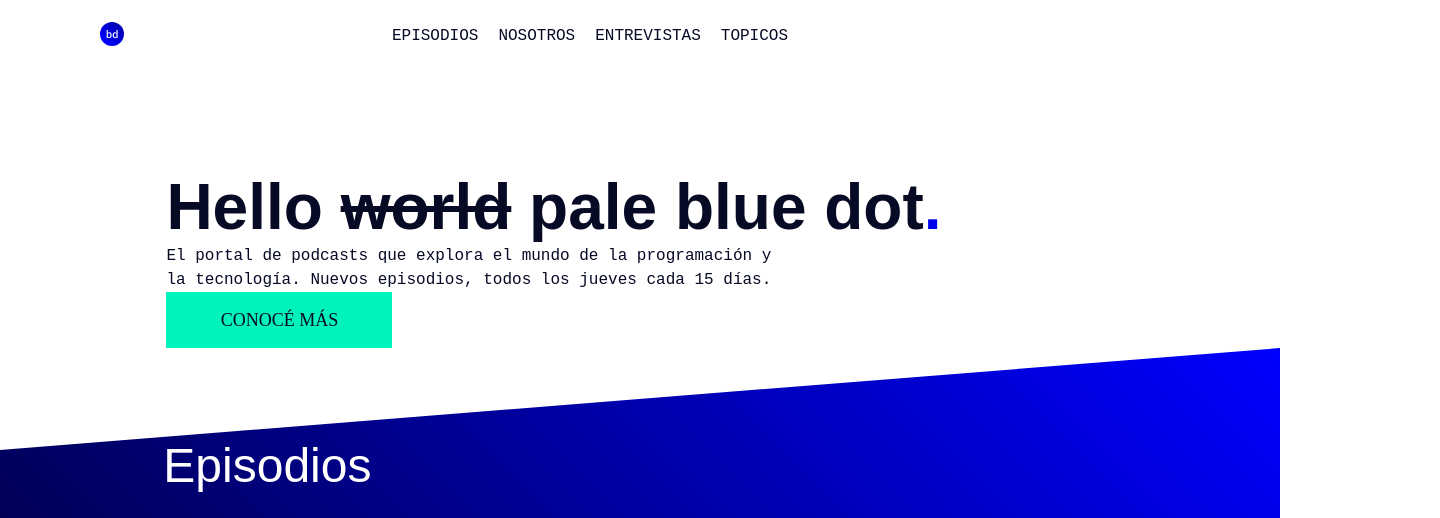
Repository: FedeGA93/podcast
Page: index.html
The author's editor kept a copy of each file at every save. The page is drawn from the files as they stood at one save, then again after the next save.
The browser window is 1280 px wide. The page is 1440 px wide, so the pictures cover 1440 px, including what lies to the right of the window. The pictures show the part of the page from y = 0 to 518 px (the page is 3205 px tall).
Pictures or frames that could not be fetched are drawn as grey boxes. Some web fonts or font styles are not loaded; a fallback is used. Some web libraries are served in a nearby version.

Above is the page before, as saved 2019-11-26 17:29:51.

After the next save:
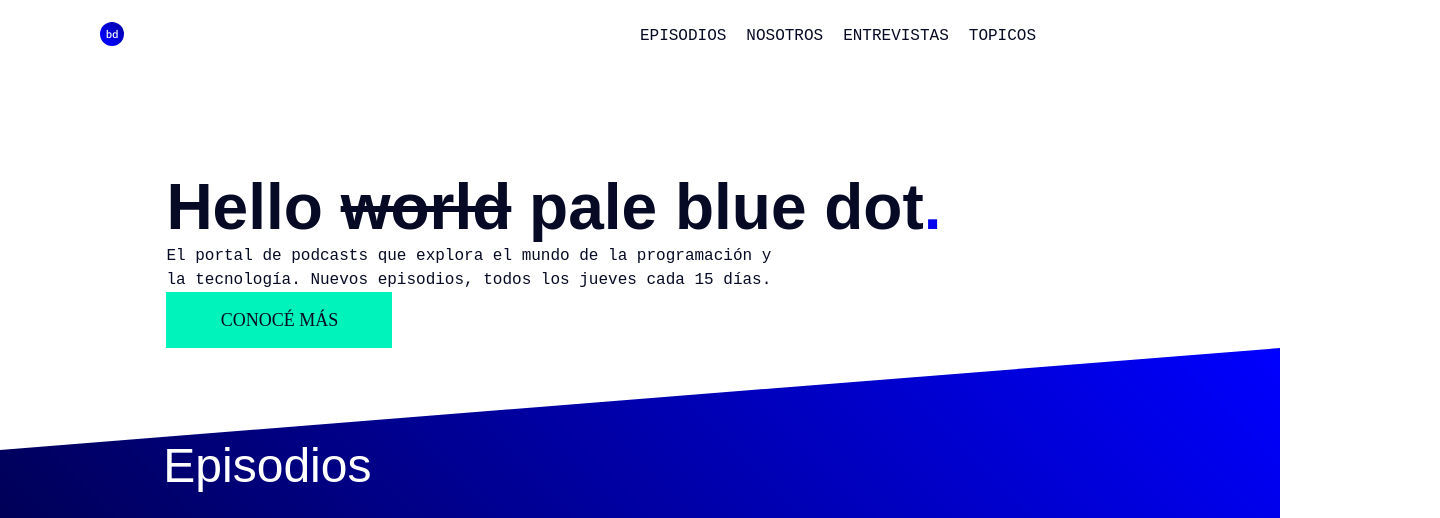
Saved 26 s later.
--- a/index.html
+++ b/index.html
@@ -20,14 +20,7 @@
         <div class="menu">
             <div>
                 <img src="images/logo.svg" alt="Logo del podcast" class="responsive-logo">
-
             </div>
-            <div><ul class="menu-hijo">
-                    <li><a class="color-letras" href="#epi">EPISODIOS</a></li>
-                    <li><a class="color-letras" href="#nos">NOSOTROS</a></li>
-                    <li><a class="color-letras" href="#ent">ENTREVISTAS</a></li>
-                    <li><a class="color-letras" href="#topi">TOPICOS</a></li>
-                </ul></div>
             <div>
 
                     <!-- DEsde acá-->
@@ -38,7 +31,12 @@
                         <span class="barras-negras-hamburger bar3"></span>
                     </label>
                     <!--Hasta acá es lo que tengo que copiar-->
-
+                    <ul class="menu-hijo">
+                        <li><a class="color-letras" href="#epi">EPISODIOS</a></li>
+                        <li><a class="color-letras" href="#nos">NOSOTROS</a></li>
+                        <li><a class="color-letras" href="#ent">ENTREVISTAS</a></li>
+                        <li><a class="color-letras" href="#topi">TOPICOS</a></li>
+                    </ul>
 
             </div>
         </div>
